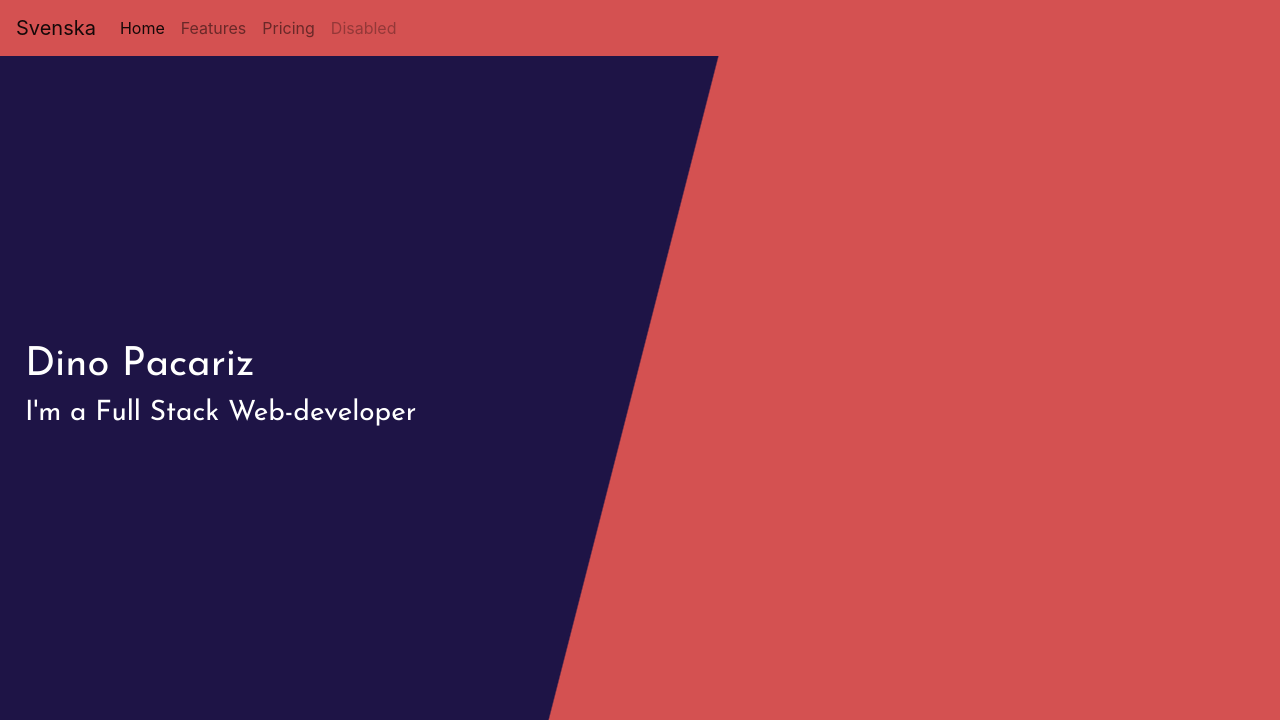
Repository: ImDino/Portfolio
Page: index.html
These files come from the project's save history. The page is drawn as it stood at one moment and after the next save; the edit follows.
The browser window is 1280 px wide. The pictures show the whole page.
Some web libraries are served in a nearby version. The style sheet was rebuilt from its Sass, Less or Tailwind sources for each picture, by a compiler version that may differ from the author's.

Above is the page before, as saved 2020-11-04 12:21:27.

### index.html
<!DOCTYPE html>
<html lang="en">
<head>
    <meta charset="UTF-8">
    <meta name="viewport" content="width=device-width, initial-scale=1.0">
    <link rel="stylesheet" href="https://cdn.jsdelivr.net/npm/bootstrap@4.5.3/dist/css/bootstrap.min.css" integrity="sha384-TX8t27EcRE3e/ihU7zmQxVncDAy5uIKz4rEkgIXeMed4M0jlfIDPvg6uqKI2xXr2" crossorigin="anonymous">
    <link href="https://fonts.googleapis.com/css2?family=Josefin+Sans&display=swap" rel="stylesheet">

    <script src="https://code.jquery.com/jquery-3.5.1.slim.min.js" integrity="sha384-DfXdz2htPH0lsSSs5nCTpuj/zy4C+OGpamoFVy38MVBnE+IbbVYUew+OrCXaRkfj" crossorigin="anonymous"></script>
    <script src="https://cdn.jsdelivr.net/npm/bootstrap@4.5.3/dist/js/bootstrap.bundle.min.js" integrity="sha384-ho+j7jyWK8fNQe+A12Hb8AhRq26LrZ/JpcUGGOn+Y7RsweNrtN/tE3MoK7ZeZDyx" crossorigin="anonymous"></script>
    <script src="https://cdnjs.cloudflare.com/ajax/libs/gsap/3.5.1/gsap.min.js"></script>
    <script src="/js/main.js"></script>


    <link rel="stylesheet" href="css/main.css">
    <title>Dino's Portfolio</title>
</head>
<body>
    <div id='pseudo-div'></div>
    <nav class="navbar navbar-expand-lg navbar-light bg-light">
        <!-- <a class="navbar-brand" href="#">Navbar</a> -->
        <a class="navbar-brand" id='lang' href="#">Svenska</a>
        <button class="navbar-toggler" type="button" data-toggle="collapse" data-target="#navbarNav" aria-controls="navbarNav" aria-expanded="false" aria-label="Toggle navigation">
          <span class="navbar-toggler-icon"></span>
        </button>
        <div class="collapse navbar-collapse" id="navbarNav">
          <ul class="navbar-nav">
            <li class="nav-item active">
              <a class="nav-link" href="#">Home <span class="sr-only">(current)</span></a>
            </li>
            <li class="nav-item">
              <a class="nav-link" href="#">Features</a>
            </li>
            <li class="nav-item">
              <a class="nav-link" href="#">Pricing</a>
            </li>
            <li class="nav-item">
              <a class="nav-link disabled" href="#" tabindex="-1" aria-disabled="true">Disabled</a>
            </li>
          </ul>
        </div>
    </nav>
    <div id='purple-div'>
        <h1>Dino Pacariz</h1>
        <h3>I'm a Full Stack Web-developer</h3>
    </div>
    <div id='face'>
    </div>
</body>
</html>

### js/main.js
document.addEventListener('DOMContentLoaded', () => {
    gsap.from("#purple-div", {duration: 1, x: -1000});
    gsap.from("#face", {duration: 1, opacity: 0});
    gsap.from("#face", {clearProps: 'all', duration: 1, x:100});
    TweenLite.from('#face', {y:20, ease:Linear.easeNone});





    // localStorage.clear()

    /*:::::::START:::::::::
    ::: Refresh Counter :::
    :::::::::::::::::::::*/

    if(localStorage.getItem('refreshCount') == null) {
        localStorage.setItem('refreshCount', 1);
    } else {
        let  localRefreshCount = localStorage.getItem('refreshCount')
        localRefreshCount++;
        localStorage.setItem('refreshCount', localRefreshCount);
    }
    if (parseInt(localStorage.getItem('refreshCount')) > 10) {
        localStorage.setItem('refreshCount', 1);
    }
    console.log('RefreshCount: '+localStorage.getItem('refreshCount'))


    /*::::::::END::::::::::
    ::: Refresh Counter :::
    :::::::::::::::::::::*/
})

### scss/main.scss


body {
    background-color: #D45151;
    color: white;
}

#pseudo-div {
    width: 100%;
    background-color: red;
}

.navbar {
    background-color: #D45151 !important;
    color: white;
}

#purple-div {
    padding-top: 60px;
    position: absolute;
    top: 0;
    bottom: 0;
    left: 0;
    right: 0;
    z-index: -1;
    background: linear-gradient(104.35deg, #1E1446 50%, rgba(255, 255, 255, 0) 50.1%);
    display: grid;
    place-content: center left;

    h1, h3 {
        margin-left: 25px;
        font-family: 'Josefin Sans', sans-serif;

    }
}

#face {
    position: fixed;
    top: 0;
    bottom: 0;
    left: 0;
    right: 0;
    display: grid;
    background: color(#D45151), url('/img/vectorFace.png') no-repeat;
    // z-index: -2;
    background-blend-mode: darken;

    img {
        // mix-blend-mode: darken;
        margin-right: 2rem;
        width: 600px;
        justify-self: right;
        align-self: center;
        // z-index: 2;
    }
}



/* //TODO
1. Darkmode, ställa in särskilda färger IFALL man är i darkmode? UX baby.

*/

After the next save:
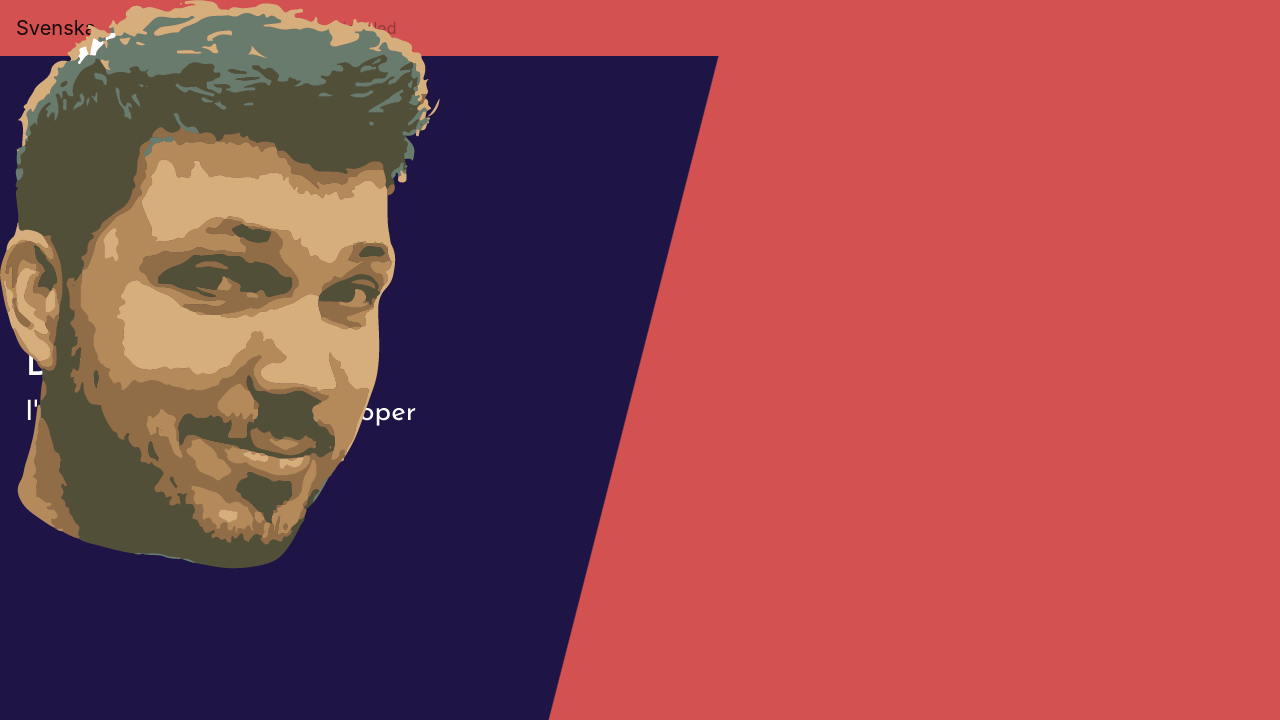
Saved 107 s later.
--- a/scss/main.scss
+++ b/scss/main.scss
@@ -41,7 +41,8 @@ body {
     left: 0;
     right: 0;
     display: grid;
-    background: color(#D45151), url('/img/vectorFace.png') no-repeat;
+    background-color: #D45151;
+    background: url('/img/vectorFace.png') no-repeat;
     // z-index: -2;
     background-blend-mode: darken;
 
